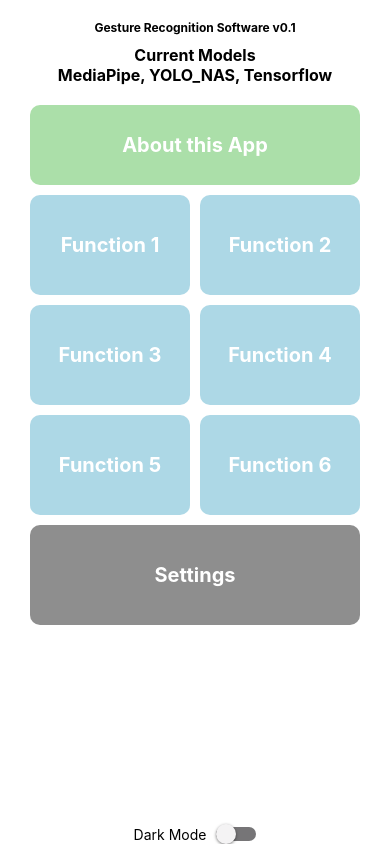
Repository: hajin-park/V-QUIP
Page: / (app in frontend/react-native-app/)
An editor plug-in stored every save of this project. The page is shown before and after the next save, followed by the edit.
The browser window is 390 px wide. The pictures show the whole page.
The app was drawn by React Native's web renderer in a window 390 px wide. The project was rebuilt for these pictures with package versions that can differ from the ones it lists, and the page was loaded fresh each time.

Above is the page before, as saved 2024-04-08 00:34:05.

### frontend/react-native-app/App.js
import React, { useState } from 'react';
import { StatusBar } from 'expo-status-bar';
import { StyleSheet, Text, View, TouchableOpacity, Switch, Modal, TextInput } from 'react-native';

export default function App() {
  const [darkMode, setDarkMode] = useState(false);
  const [modalVisible, setModalVisible] = useState(false);
  const [modalContent, setModalContent] = useState('');

  const handleOptionClick = (option) => {
    if (option === 'About') {
      setModalContent('This is an awesome app!');
      setModalVisible(true);
    } else if (option === 'Settings') {
      setModalContent('Here are the settings...');
      setModalVisible(true);
    } else {
      // Handle click event for other options
      console.log(`Function ${option} clicked`);
    }
  };

  return (
    <View style={[styles.container, darkMode && styles.darkContainer]}>
      <Text style={[styles.title, darkMode && styles.darkText]}>Gesture Recognition Software v0.1</Text>
      <View style={styles.infoBox}>
        <Text style={[styles.infoText, darkMode && styles.darkText]}>Current Models</Text>
        <Text style={[styles.infoText, darkMode && styles.darkText]}>MediaPipe, YOLO_NAS, Tensorflow</Text>
      </View>
      <View style={styles.row}>
        <TouchableOpacity style={[styles.box3, darkMode && styles.darkBox]} onPress={() => handleOptionClick('About')}>
          <Text style={[styles.text, darkMode && styles.darkText]}>About this App</Text>
        </TouchableOpacity>
      </View>
      <Text style={[styles.infoText, darkMode && styles.darkText]}></Text>
      <View style={styles.content}>
        <View style={styles.row}>
          <TouchableOpacity style={[styles.box, darkMode && styles.darkBox]} onPress={() => handleOptionClick(1)}>
            <Text style={[styles.text, darkMode && styles.darkText]}>Function 1</Text>
          </TouchableOpacity>
          <TouchableOpacity style={[styles.box, darkMode && styles.darkBox]} onPress={() => handleOptionClick(2)}>
            <Text style={[styles.text, darkMode && styles.darkText]}>Function 2</Text>
          </TouchableOpacity>
        </View>
        <View style={styles.row}>
          <TouchableOpacity style={[styles.box, darkMode && styles.darkBox]} onPress={() => handleOptionClick(3)}>
            <Text style={[styles.text, darkMode && styles.darkText]}>Function 3</Text>
          </TouchableOpacity>
          <TouchableOpacity style={[styles.box, darkMode && styles.darkBox]} onPress={() => handleOptionClick(4)}>
            <Text style={[styles.text, darkMode && styles.darkText]}>Function 4</Text>
          </TouchableOpacity>
        </View>
        <View style={styles.row}>
          <TouchableOpacity style={[styles.box, darkMode && styles.darkBox]} onPress={() => handleOptionClick(5)}>
            <Text style={[styles.text, darkMode && styles.darkText]}>Function 5</Text>
          </TouchableOpacity>
          <TouchableOpacity style={[styles.box, darkMode && styles.darkBox]} onPress={() => handleOptionClick(6)}>
            <Text style={[styles.text, darkMode && styles.darkText]}>Function 6</Text>
          </TouchableOpacity>
        </View>
        <Text style={[styles.infoText, darkMode && styles.darkText]}></Text>

        <View style={styles.row}>
          <TouchableOpacity style={[styles.box2, darkMode && styles.darkBox]} onPress={() => handleOptionClick('Settings')}>
            <Text style={[styles.text, darkMode && styles.darkText]}>Settings</Text>
          </TouchableOpacity>
        </View>
      </View>
      {/* Modal for About/Settings */}
      <Modal
        animationType="slide"
        transparent={true}
        visible={modalVisible}
        onRequestClose={() => setModalVisible(!modalVisible)}
      >
        <View style={styles.modalContainer}>
          <View style={[styles.modalContent, darkMode && styles.darkBox]}>
            <Text style={[styles.modalText, darkMode && styles.darkText]}>{modalContent}</Text>
            <TouchableOpacity style={styles.modalButton} onPress={() => setModalVisible(!modalVisible)}>
              <Text style={styles.modalButtonText}>Close</Text>
            </TouchableOpacity>
          </View>
        </View>
      </Modal>

      {/* Dark Mode Switch */}
      <View style={styles.darkModeSwitchContainer}>
        <Text style={[styles.darkModeText, darkMode && styles.darkText]}>Dark Mode</Text>
        <Switch
          trackColor={{ false: "#767577", true: "#81b0ff" }}
          thumbColor={darkMode ? "#f5dd4b" : "#f4f3f4"}
          ios_backgroundColor="#3e3e3e"
          onValueChange={() => setDarkMode(!darkMode)}
          value={darkMode}
        />
      </View>
      <StatusBar style="auto" />
    </View>
  );
}

const styles = StyleSheet.create({
  container: {
    flex: 1,
    backgroundColor: '#fff',
    paddingHorizontal: 10,
    paddingTop: 20,
  },
  darkContainer: {
    backgroundColor: '#121212',
  },
  title: {
    fontSize: 12,
    fontWeight: 'bold',
    marginBottom: 10,
    textAlign: 'center',
  },
  darkText: {
    color: '#ffffff',
  },
  infoBox: {
    alignItems: 'center',
    marginBottom: 20,
  },
  infoText: {
    fontSize: 16,
    fontWeight: 'bold',
    color: '#000000',
  },
  content: {
    flex: 1,
    alignItems: 'center',
  },
  row: {
    flexDirection: 'row',
    justifyContent: 'center',
    marginBottom: 10,
  },
  box: {
    width: 160,
    height: 100,
    backgroundColor: '#ADD8E6', // Light blue color
    borderRadius: 10, // Rounded edges
    alignItems: 'center',
    justifyContent: 'center',
    marginHorizontal: 5,
  },
  box2: {
    width: 330,
    height: 100,
    backgroundColor: '#8e8e8e', // Light blue color
    borderRadius: 10, // Rounded edges
    alignItems: 'center',
    justifyContent: 'center',
    marginHorizontal: 10,
  },
  box3: {
    width: 330,
    height: 80,
    backgroundColor: '#ABDFA9', // Light blue color
    borderRadius: 10, // Rounded edges
    alignItems: 'center',
    justifyContent: 'center',
    marginHorizontal: 20,
  },
  text: {
    fontSize: 20,
    fontWeight: 'bold',
    color: '#FFFFFF', // White text color
  },
  darkBox: {
    backgroundColor: '#2d2d2d', // Dark gray color
  },
  modalContainer: {
    flex: 1,
    justifyContent: 'center',
    alignItems: 'center',
    backgroundColor: 'rgba(0, 0, 0, 0.5)', // Semi-transparent background
  },
  modalContent: {
    width: 330,
    height: 330,
    backgroundColor: '#ffffff',
    borderRadius: 10,
    padding: 20,
    alignItems: 'center',
  },
  modalText: {
    fontSize: 18,
    marginBottom: 20,
  },
  modalButton: {
    backgroundColor: '#2196F3',
    paddingVertical: 10,
    paddingHorizontal: 20,
    borderRadius: 5,
  },
  modalButtonText: {
    color: '#ffffff',
    fontSize: 16,
  },
  darkModeSwitchContainer: {
    flexDirection: 'row',
    alignItems: 'center',
    justifyContent: 'center',
  },
  darkModeText: {
    marginRight: 10,
    color: '#000000',
  },
});

After the next save:
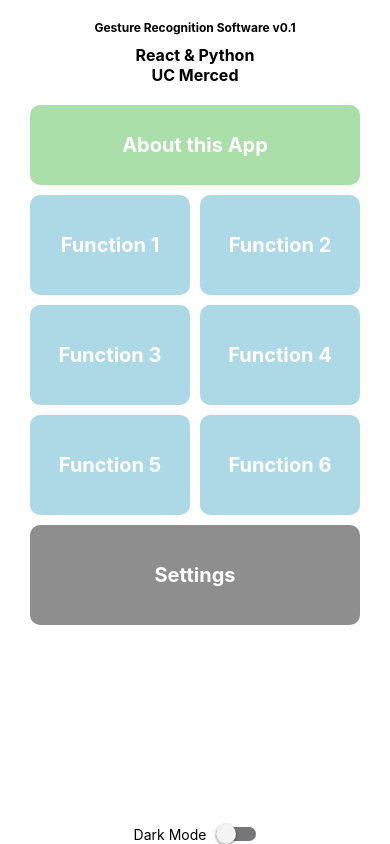
Saved 111 s later.
--- a/frontend/react-native-app/App.js
+++ b/frontend/react-native-app/App.js
@@ -9,7 +9,8 @@ export default function App() {
 
   const handleOptionClick = (option) => {
     if (option === 'About') {
-      setModalContent('This is an awesome app!');
+      setModalContent('Current Models');
+      setModalContent('MediaPipe, YOLO_NAS, TensorFlow');
       setModalVisible(true);
     } else if (option === 'Settings') {
       setModalContent('Here are the settings...');
@@ -24,8 +25,8 @@ export default function App() {
     <View style={[styles.container, darkMode && styles.darkContainer]}>
       <Text style={[styles.title, darkMode && styles.darkText]}>Gesture Recognition Software v0.1</Text>
       <View style={styles.infoBox}>
-        <Text style={[styles.infoText, darkMode && styles.darkText]}>Current Models</Text>
-        <Text style={[styles.infoText, darkMode && styles.darkText]}>MediaPipe, YOLO_NAS, Tensorflow</Text>
+        <Text style={[styles.infoText, darkMode && styles.darkText]}>React & Python</Text>
+        <Text style={[styles.infoText, darkMode && styles.darkText]}>UC Merced</Text>
       </View>
       <View style={styles.row}>
         <TouchableOpacity style={[styles.box3, darkMode && styles.darkBox]} onPress={() => handleOptionClick('About')}>
